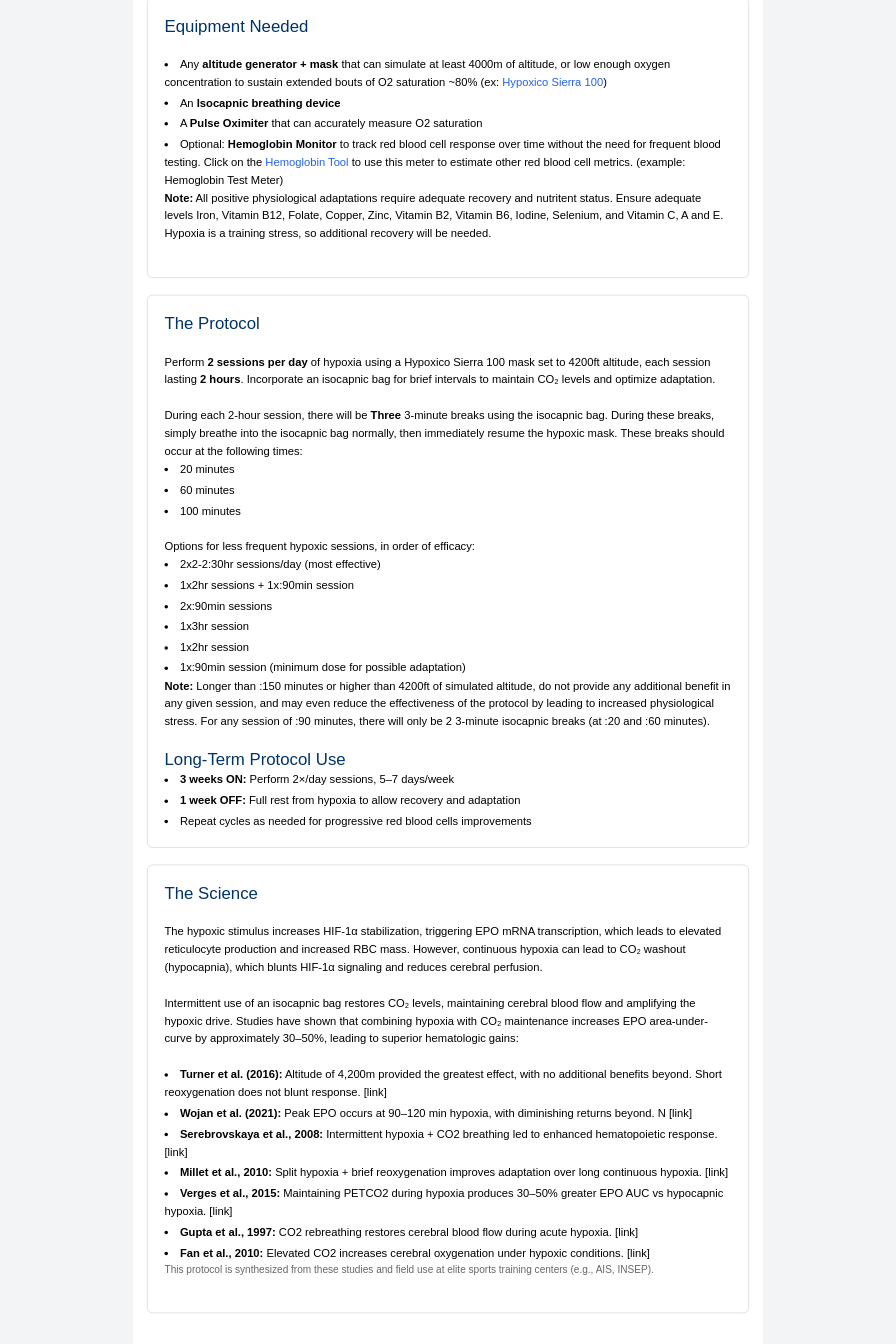
Repository: austenhughes1/hemoglobin_rbc_metrics
Page: hypoxia_protocol.html
An editor plug-in stored every save of this project. The page is shown before and after the next save, followed by the edit.
The browser window is 1280 px wide. The pictures show the part of the page from y = 873 to 2793 px (the page is 2793 px tall), at 70% of full size.
Some web libraries are served in a nearby version.

Above is the page before, as saved 2025-06-26 15:33:41.

After the next save:
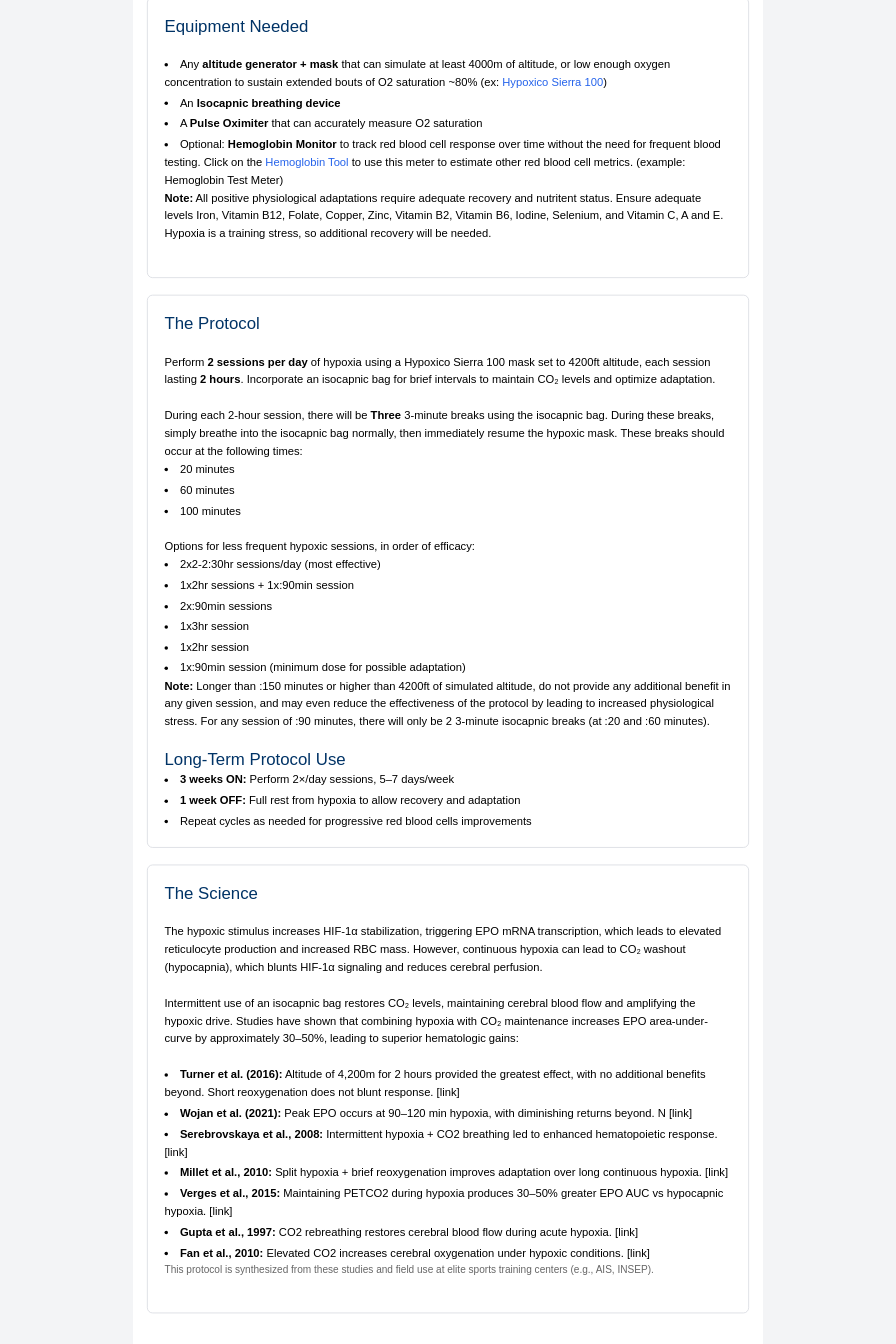
Saved 27 s later.
--- a/hypoxia_protocol.html
+++ b/hypoxia_protocol.html
@@ -137,8 +137,9 @@
         </p>
         <br>
         <ul class="list-disc list-inside space-y-1">
-            <li><strong>Turner et al. (2016):</strong> Altitude of 4,200m provided the greatest effect, with no additional benefits beyond. Short reoxygenation does not blunt response.  [<a href="chrome-extension://efaidnbmnnnibpcajpcglclefindmkaj/https://scispace.com/pdf/the-time-course-of-endogenous-erythropoietin-il-6-and-tnfa-ay76186dmp.pdf?utm_source=chatgpt.com" target="_blank">link</a>]</li>
+            <li><strong>Turner et al. (2016):</strong> Altitude of 4,200m for 2 hours provided the greatest effect, with no additional benefits beyond. Short reoxygenation does not blunt response.  [<a href="chrome-extension://efaidnbmnnnibpcajpcglclefindmkaj/https://scispace.com/pdf/the-time-course-of-endogenous-erythropoietin-il-6-and-tnfa-ay76186dmp.pdf?utm_source=chatgpt.com" target="_blank">link</a>]</li>
             <li><strong>Wojan et al. (2021):</strong> Peak EPO occurs at 90–120 min hypoxia, with diminishing returns beyond. N [<a href="https://digitalcommons.wku.edu/ijesab/vol2/iss13/14/" target="_blank">link</a>]</li>
+
 
             <li><strong>Serebrovskaya et al., 2008:</strong> Intermittent hypoxia + CO2 breathing led to enhanced hematopoietic response. [<a href="https://pubmed.ncbi.nlm.nih.gov/18331220/" target="_blank">link</a>]</li>
             <li><strong>Millet et al., 2010:</strong> Split hypoxia + brief reoxygenation improves adaptation over long continuous hypoxia. [<a href="https://pubmed.ncbi.nlm.nih.gov/20020784/" target="_blank">link</a>]</li>
